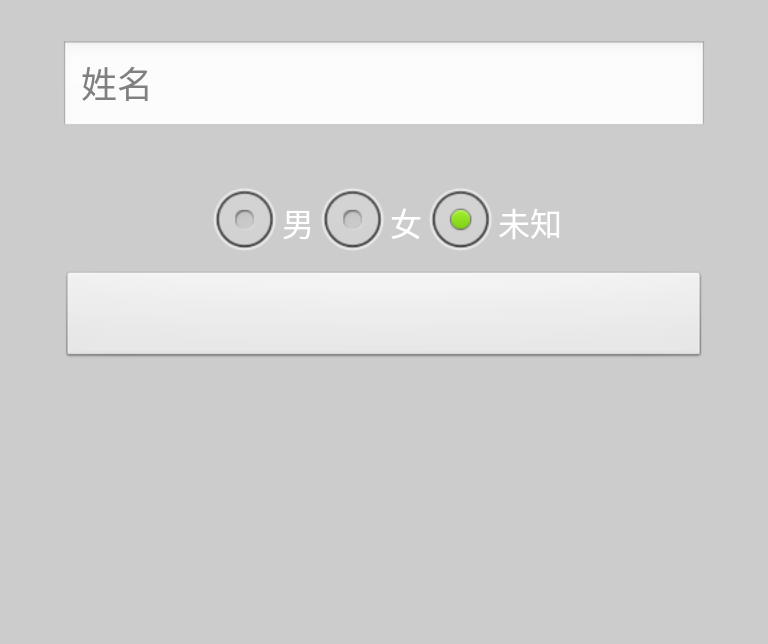
Repository: ligl/YuZhong
Layout: YuZhong/res/layout/update_user_profile.xml
The author's editor kept a copy of each file at every save. The layout is drawn from the files as they stood at one save, then again after the next save.
The pictures show rows 636 to 1280 of an output 1280 px tall.
It is drawn on a 768 x 1280 px phone screen (xhdpi) without system bars, with theme android:Theme.Black.NoTitleBar; the app's code is not run.

Above is the layout before, as saved 2012-08-04 07:12:18.

### YuZhong/res/layout/update_user_profile.xml
<?xml version="1.0" encoding="utf-8"?>
<ScrollView xmlns:android="http://schemas.android.com/apk/res/android"
    xmlns:app="http://schemas.android.com/apk/res/cn.amose.yuzhong"
    android:layout_width="match_parent"
    android:layout_height="match_parent"
    android:background="#ccc" >

    <LinearLayout
        android:layout_width="match_parent"
        android:layout_height="wrap_content"
        android:orientation="vertical" >

        <RelativeLayout
            android:layout_width="match_parent"
            android:layout_height="wrap_content"
            android:layout_margin="10dp" >

            <ImageButton
                android:layout_width="wrap_content"
                android:layout_height="wrap_content"
                android:layout_alignParentLeft="true"
                android:layout_centerVertical="true"
                android:onClick="onBackClick"
                android:scaleType="fitCenter"
                android:src="@drawable/common_button_back" />

            <ImageButton
                android:layout_width="wrap_content"
                android:layout_height="wrap_content"
                android:layout_alignParentRight="true"
                android:layout_centerVertical="true"
                android:onClick="onCommitClick"
                android:scaleType="fitCenter"
                android:src="@drawable/common_button_commit" />
        </RelativeLayout>

        <FrameLayout
            android:layout_width="@dimen/common_avatar_width"
            android:layout_height="@dimen/common_avatar_height"
            android:layout_gravity="center_horizontal"
            android:layout_marginBottom="20dp" >

            <cn.amose.yuzhong.widget.AsyncImageView
                android:id="@+id/iv_update_user_profile_avatar"
                android:layout_width="@dimen/common_avatar_width"
                android:layout_height="@dimen/common_avatar_height"
                android:layout_gravity="center_horizontal"
                android:background="#f1000000"
                android:scaleType="fitCenter"
                app:defaultSrc="@drawable/ic_launcher" />

            <ImageButton
                android:layout_width="wrap_content"
                android:layout_height="wrap_content"
                android:layout_gravity="bottom|right"
                android:onClick="onAvatarChooserClick"
                android:scaleType="fitCenter"
                android:src="@drawable/common_button_commit" />
        </FrameLayout>

        <LinearLayout
            android:layout_width="match_parent"
            android:layout_height="wrap_content"
            android:layout_marginLeft="30dp"
            android:layout_marginRight="30dp"
            android:orientation="vertical" >

            <EditText
                android:id="@+id/et_update_user_profile_name"
                android:layout_width="match_parent"
                android:layout_height="wrap_content"
                android:hint="@string/process_user_hint_name"
                android:inputType="textPersonName"
                android:singleLine="true" />

            <TextView
                android:id="@+id/et_update_user_profile_mobile"
                android:layout_width="match_parent"
                android:layout_height="wrap_content" />

            <RadioGroup
                android:id="@+id/rg_update_user_profile_gender"
                android:layout_width="match_parent"
                android:layout_height="wrap_content"
                android:checkedButton="@+id/rbtn_update_user_profile_gender_unkown"
                android:gravity="center_horizontal"
                android:orientation="horizontal" >

                <RadioButton
                    android:id="@+id/rbtn_update_user_profile_gender_male"
                    android:layout_width="wrap_content"
                    android:layout_height="wrap_content"
                    android:text="男" />

                <RadioButton
                    android:id="@+id/rbtn_update_user_profile_gender_female"
                    android:layout_width="wrap_content"
                    android:layout_height="wrap_content"
                    android:text="女" />

                <RadioButton
                    android:id="@+id/rbtn_update_user_profile_gender_unkown"
                    android:layout_width="wrap_content"
                    android:layout_height="wrap_content"
                    android:text="未知" />
            </RadioGroup>

            <Button
                android:id="@+id/btn_update_user_profile_birthday"
                android:layout_width="match_parent"
                android:layout_height="wrap_content"
                android:gravity="center"
                android:onClick="onBirthdaySettingClick"
                android:padding="5dp" />
        </LinearLayout>
    </LinearLayout>

</ScrollView>

### YuZhong/res/values/dimens.xml
<?xml version="1.0" encoding="utf-8"?>
<resources>

    <dimen name="common_avatar_width">250dp</dimen>
    <dimen name="common_avatar_height">250dp</dimen>

</resources>

### YuZhong/res/values/strings.xml
<?xml version="1.0" encoding="utf-8"?>
<resources>

    <string name="app_name">羽众</string>
    <string name="common_toast_connectionfailed">网络连接失败</string>
    <string name="common_toast_connectionnodata">获取数据失败，请重试</string>
    <string name="common_toast_jsonparseerror">JSON解析数据出错</string>
    <string name="common_toast_nodata">没有搜索到您需要的数据</string>
    <string name="common_toast_error">操作失败</string>
    <string name="common_toast_sdcarderror">SD卡不可用，请确认您的SD卡可以正常使用</string>
    <string name="common_toast_sdcardspaceerror">SD卡空间不足</string>
    <string name="common_toast_uploaderror">上传文件失败</string>
    <string name="common_toast_getimagefailed">图片获取失败</string>
    <string name="common_toast_unsupport">不支持该文件类型</string>
    <string name="common_label_loading">正在加载,请稍候...</string>
    <string name="common_dg_title_info">提示</string>
    <string name="common_dg_msg_operation">正在处理，请稍后...</string>
    <!-- pull to refresh -->
    <string name="pull_to_refresh_pull_label">下拉刷新...</string>
    <string name="pull_to_refresh_release_label">松开即可刷新...</string>
    <string name="pull_to_refresh_refreshing_label">正在加载...</string>
    <string name="pull_to_refresh_tap_label">点击刷新...</string>
    <string name="login_label_login">登录</string>
    <string name="login_label_register">注册</string>
    <string name="login_hint_password">密码</string>
    <string name="login_hint_mobile">手机号</string>
    <string name="login_dg_msg_login">正在登录，请稍后...</string>
    <string name="login_toast_namepassworderror">用户名或密码错误</string>
    <string name="process_user_hint_name">姓名</string>
    <string name="process_user_hint_mobile">手机号</string>
    <string name="process_user_hint_birthday">生日</string>
    <string name="process_user_hint_password">密码</string>
    <string name="process_user_hint_repassword">确认密码</string>
    <string name="process_user_toast_registerfailed">注册失败</string>
    <string name="processuser_toast_passworddiffer">两次密码不同，请重新输入</string>

</resources>

After the next save:
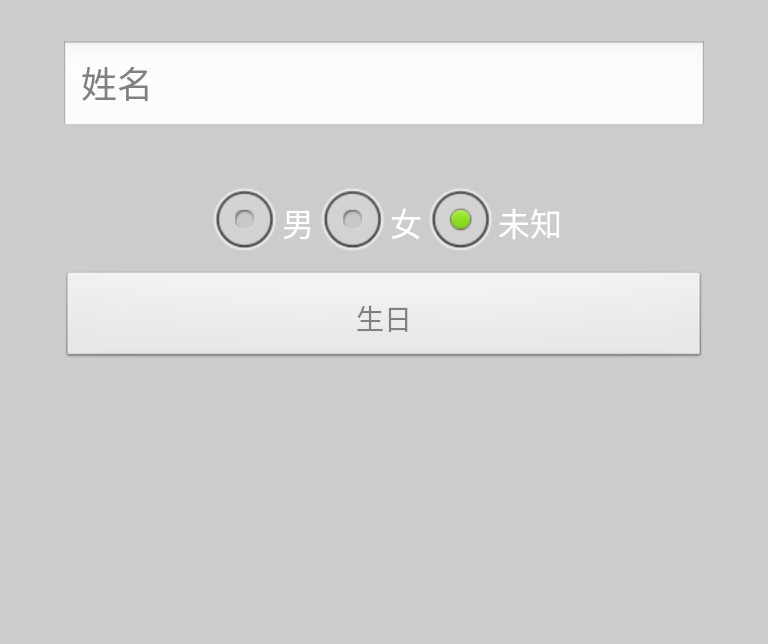
Saved 13 s later.
--- a/YuZhong/res/layout/update_user_profile.xml
+++ b/YuZhong/res/layout/update_user_profile.xml
@@ -110,6 +110,7 @@
                 android:layout_width="match_parent"
                 android:layout_height="wrap_content"
                 android:gravity="center"
+                android:hint="@string/process_user_hint_birthday"
                 android:onClick="onBirthdaySettingClick"
                 android:padding="5dp" />
         </LinearLayout>
